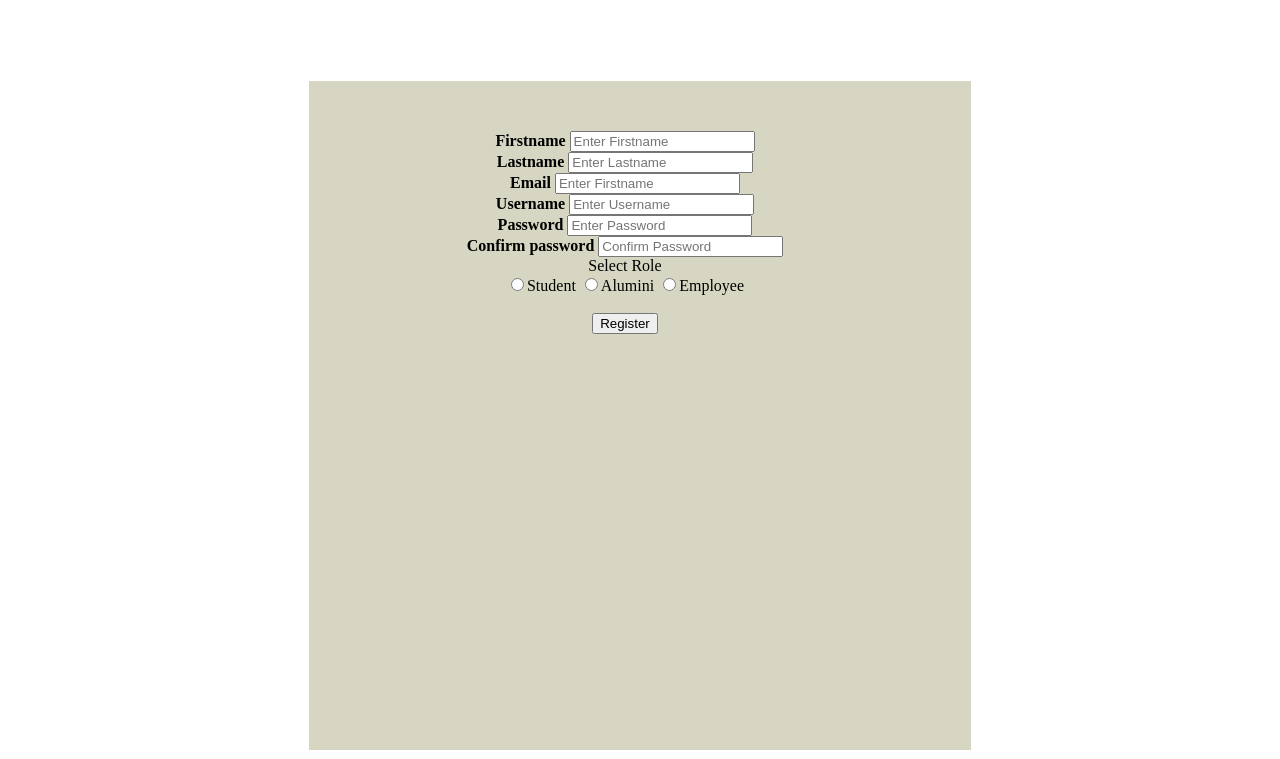
Repository: NeeleshPoojari/Project-2
Page: frontend_project2/WebContent/views/registrationform.html
An editor plug-in stored every save of this project. The page is shown before and after the next save, followed by the edit.
The browser window is 1280 px wide. The pictures show the whole page.

Above is the page before, as saved 2017-07-17 07:14:23.

### frontend_project2/WebContent/views/registrationform.html
<style>
.middle {
    border: 1px solid white;
    background-color:#d6d6c2;
    padding-top: 50px;
    padding-right: 50px;
    padding-bottom: 400px;
    padding-left: 20px;
    margin-left:300px;
    margin-right:300px;

}
</style>

<div class="middle" style="margin-top: 80px;">

	<form>
		<div align="center">
			<div class="row">
				<div class="form-group col-xs-6">
					<label><b>Firstname</b></label> <input type="text"
						ng-model="user.firstname" placeholder="Enter Firstname"
						class="form-control input-lg" required>
				</div>


				<div class="form-group col-xs-6">
					<label><b>Lastname</b></label> <input type="text"
						ng-model="user.lastname" placeholder="Enter Lastname"
						class="form-control input-lg" required>
				</div>

			</div>
		</div>

		<div align="center">
			<div class="row">
				<div class="form-group col-xs-6">
					<label><b>Email</b></label> <input type="text"
						ng-model="user.email" placeholder="Enter Firstname"
						class="form-control input-lg" required>
				</div>


				<div class="form-group col-xs-6">
					<label><b>Username</b></label> <input type="text"
						ng-model="user.username" placeholder="Enter Username"
						class="form-control input-lg" required>
				</div>

			</div>
		</div>


		<div align="center">
			<div class="row">
				<div class="form-group col-xs-6">
					<label><b>Password</b></label> <input type="password"
						ng-model="user.password" placeholder="Enter Password"
						class="form-control input-lg" required>
				</div>


				<div class="form-group col-xs-6">
					<label><b>Confirm password</b></label> <input type="password"
						 placeholder="Confirm Password"
						class="form-control input-lg" required>
				</div>

			</div>
		</div>

		<div align="center">
		<label >Select Role</label><br>
		<div class="row">
        <input type="radio" ng-model="user.role" value="Student">Student
		<input type="radio" ng-model="user.role" value="Alumini">Alumini
		<input type="radio" ng-model="user.role" value="Employee">Employee
		</div>
		<br>
		<button type="submit"  ng-click="register()"
				class="btn btn-success">Register</button>
        </div>

<!--

		Enter Firstname:<input type="text" ng-model="user.firstname"><br>
		Enter Lastname:<input type="text" ng-model="user.lastname"><br>
		Enter Email:<input type="text" ng-model="user.email"><br>
		Enter Username:<input type="text" ng-model="user.username"><br>
		Enter Password:<input type="password" ng-model="user.password"><br>

		Select Role<input type="radio" ng-model="user.role" value="Student">Student<br>
		<input type="radio" ng-model="user.role" value="Alumini">Alumini<br>
		<input type="radio" ng-model="user.role" value="Employee">Employee<br>

		<input type="submit" ng-click="register()"><br>
		 -->


	</form>
</div>

After the next save:
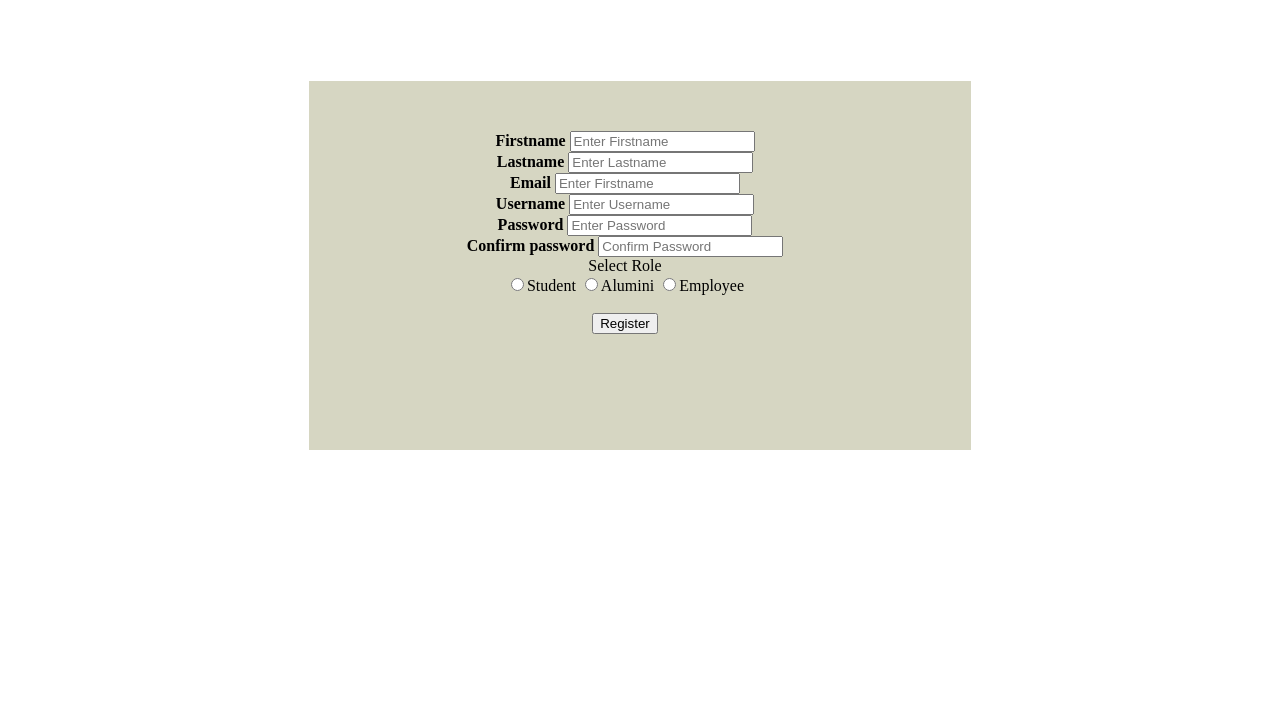
Saved 27 s later.
--- a/frontend_project2/WebContent/views/registrationform.html
+++ b/frontend_project2/WebContent/views/registrationform.html
@@ -4,7 +4,7 @@
     background-color:#d6d6c2;
     padding-top: 50px;
     padding-right: 50px;
-    padding-bottom: 400px;
+    padding-bottom: 100px;
     padding-left: 20px;
     margin-left:300px;
     margin-right:300px;
